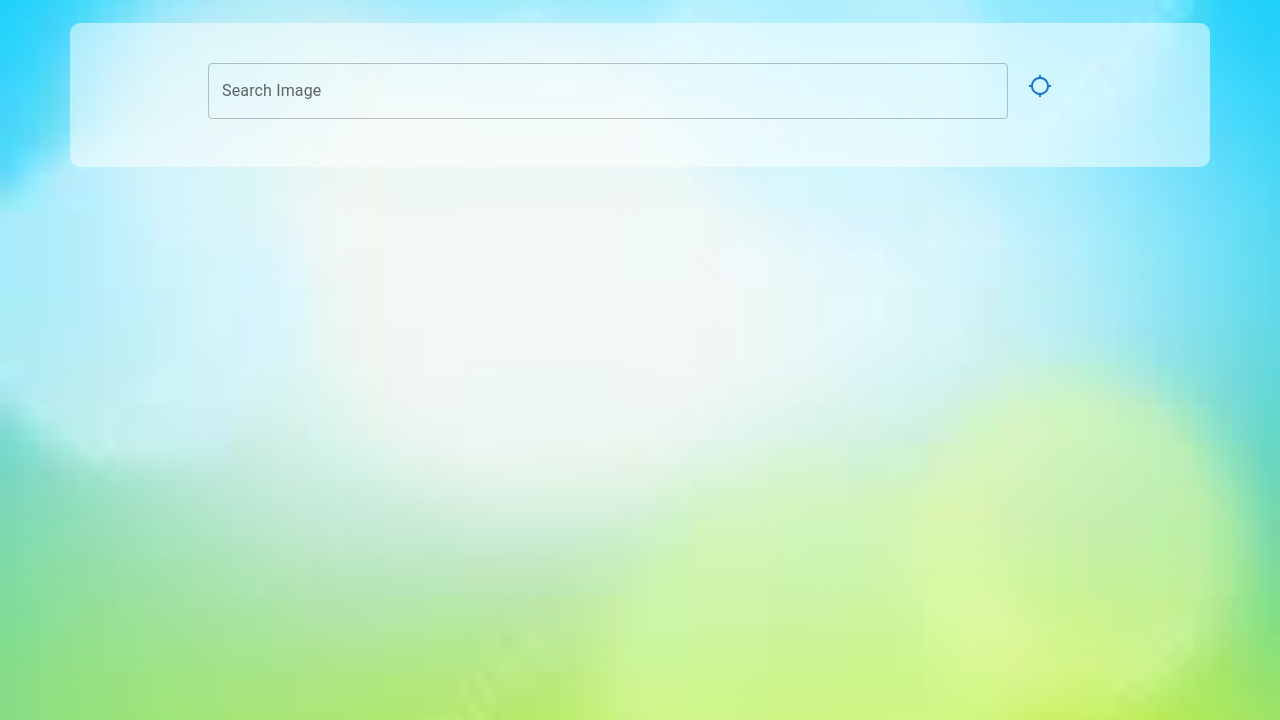
Repository: mohit78911/Snapshot
Page: /
These files come from the project's save history. The page is drawn as it stood at one moment and after the next save; the edit follows.
The browser window is 1280 px wide. The pictures show the whole page.
The project was rebuilt for these pictures with package versions that can differ from the ones it lists, and the page was loaded fresh each time. Also part of the build but not shown: src/snapshot/SnapshotCss.css, src/snapshot/SearchBox.css.

Above is the page before, as saved 2023-09-01 12:29:45.

After the next save:
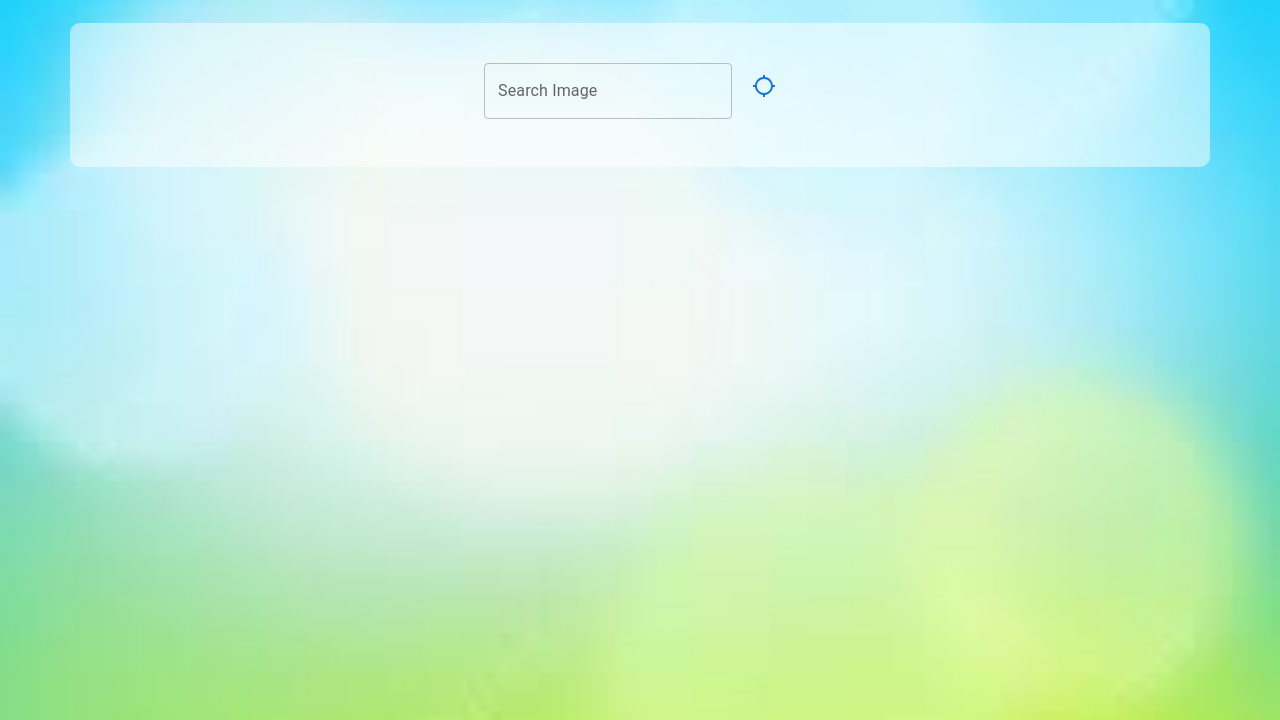
Saved 39 s later.
--- a/src/snapshot/SearchBox.js
+++ b/src/snapshot/SearchBox.js
@@ -9,7 +9,7 @@ function SearchBox({ getData, setImage, image }) {
       <div>
         <form onSubmit={getData} className="mt-2">
           <TextField
-            sx={{width:"50rem"}}
+            sx={{width:"auto"}}
             value={image}
             onChange={(e) => setImage(e.target.value)}
             label="Search Image"
